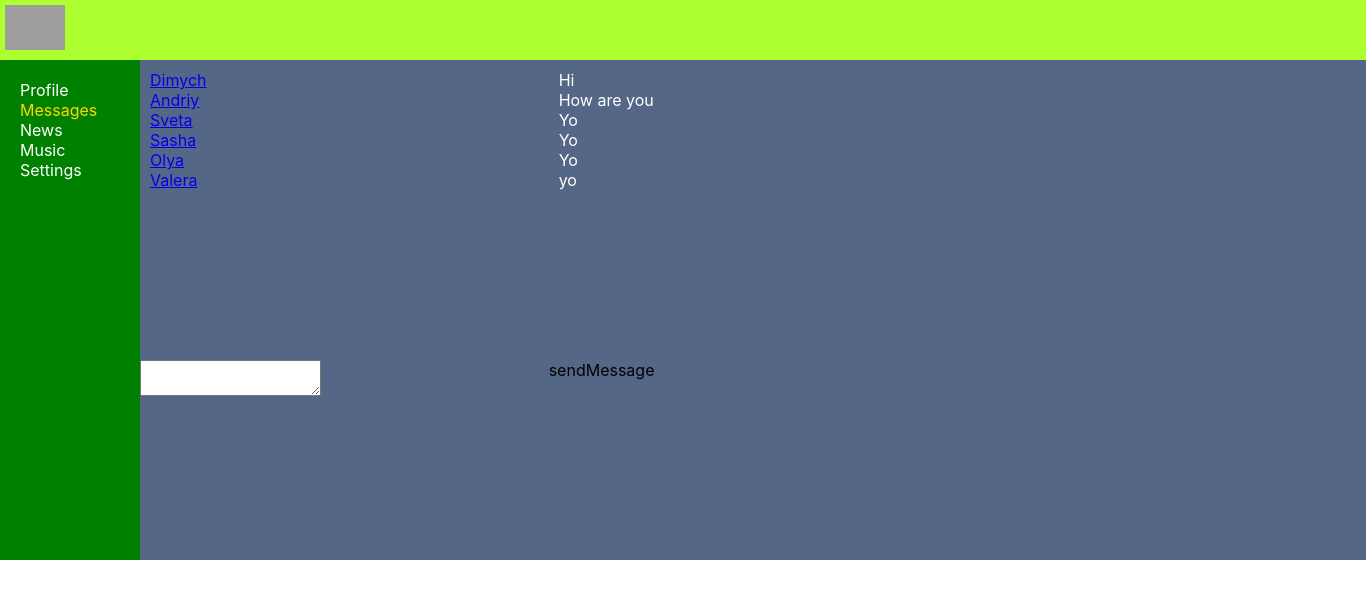
Repository: AndreyMykulych/FirstProject
Page: /dialogs
The author's editor kept a copy of each file at every save. The page is drawn from the files as they stood at one save, then again after the next save.
The browser window is 1280 px wide. The page is 1366 px wide, so the pictures cover 1366 px, including what lies to the right of the window. The pictures show the whole page.
Pictures or frames that could not be fetched are drawn as grey boxes. The project was rebuilt for these pictures with package versions that can differ from the ones it lists, and the page was loaded fresh each time. Also part of the build but not shown: src/components/Profile/MyPosts/MyPosts.module.css, src/components/Profile/MyPosts/Post/Post.module.css, src/components/Profile/MyPosts/Post/Post.jsx, src/components/Profile/MyPosts/MyPosts.jsx, src/components/Profile/ProfileInfo/ProfileInfo.module.css, src/components/Profile/ProfileInfo/ProfileInfo.jsx, src/components/Profile/Profile.jsx.

Above is the page before, as saved 2022-06-09 17:00:52.

After the next save:
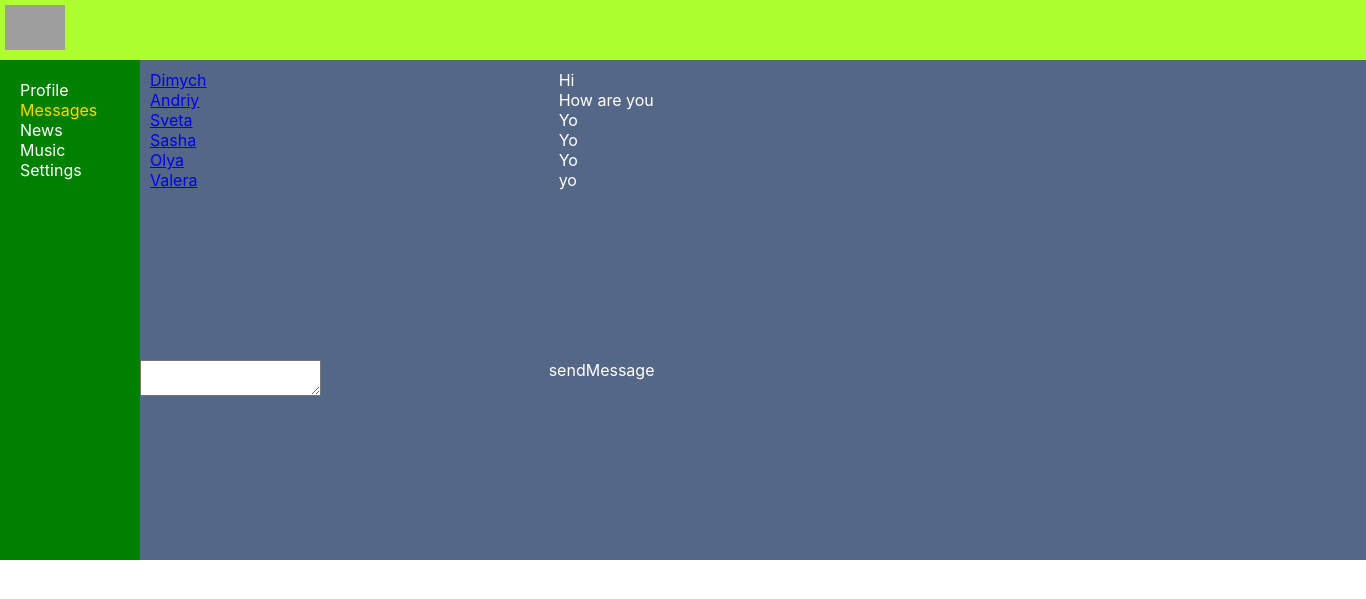
Saved 8 s later.
--- a/src/components/Dialogs/Dialogs.module.css
+++ b/src/components/Dialogs/Dialogs.module.css
@@ -26,5 +26,5 @@
 }
 
 .btnBlock {
-    color: black;
+    color: white;
 }
